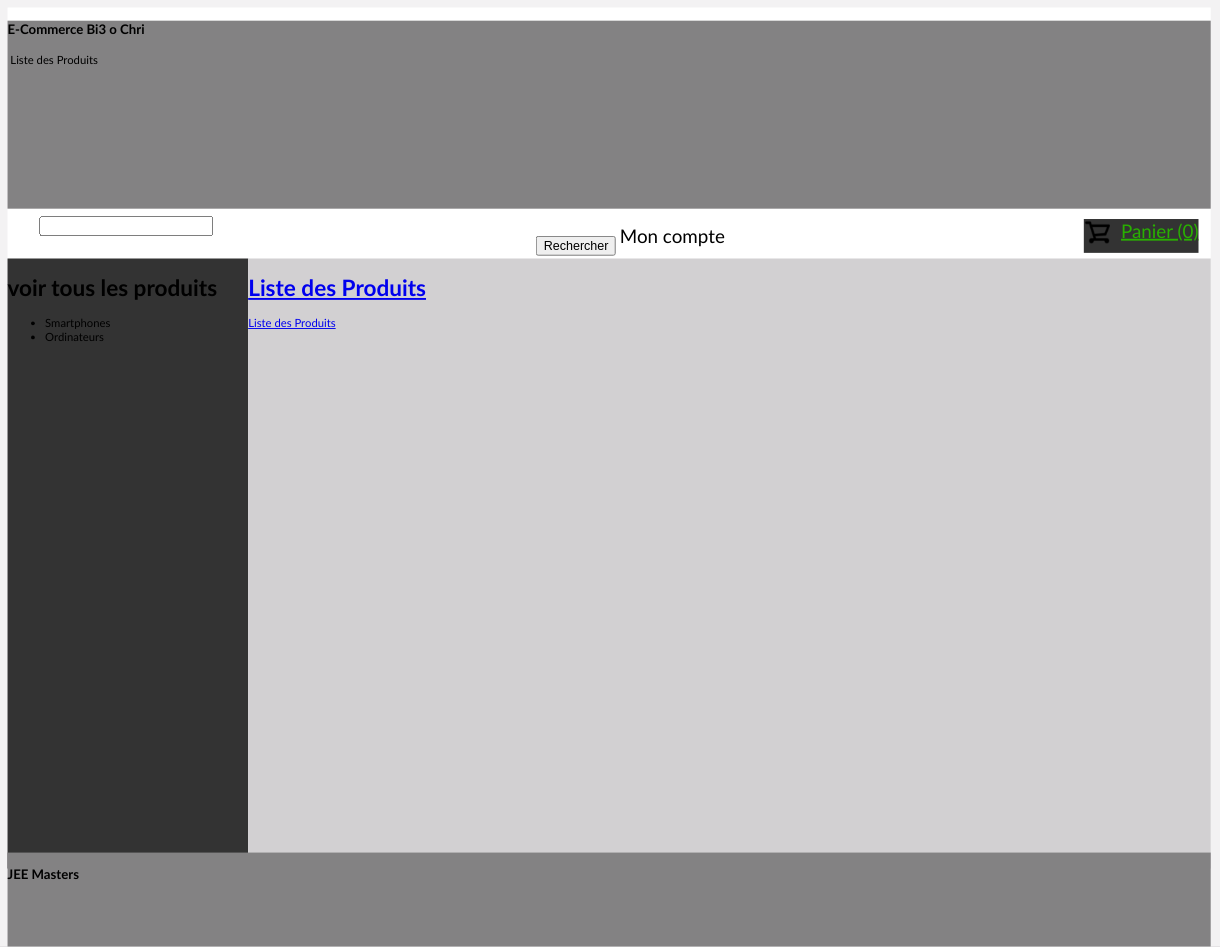
Repository: EBusinesss/Ebusiness
Page: http://localhost/EcomWEB/
The author's editor kept a copy of each file at every save. The page is drawn from the files as they stood at one save, then again after the next save.
The browser window is 1280 px wide. The page is 1298 px wide, so the pictures cover 1298 px, including what lies to the right of the window. The pictures show the whole page, at 94% of full size.
The page is served by Tomcat 9. Nobody is signed in. The application's start-up code is not run. Other server files are loaded and not shown.

Above is the page before, as saved 2014-12-25 15:13:36.

### Workspace/EcomWEB/WebContent/index.jsp
<%@ page language="java" contentType="text/html; charset=ISO-8859-1"
	pageEncoding="ISO-8859-1"%>


<!DOCTYPE html PUBLIC "-//W3C//DTD HTML 4.01 Transitional//EN" "http://www.w3.org/TR/html4/loose.dtd">
<html>
<head>
<script Src="./functions/functions.js" Language="javascript"
	type="text/javascript"></script>
<link rel="stylesheet" type="text/css" href="./style/style.css" />
<meta http-equiv="Content-Type" content="text/html; charset=ISO-8859-1">
<title>Insert title here</title>
</head>
<body>


	<div id="wrapper">

		<div id="header">
			<h3>E-Commerce Bi3 o Chri</h3>

			<table>
				<tr>
					<td><a onclick="listOfProducts()"> Liste des Produits </a></td>
				</tr>
			</table>

		</div>

		<div id="navigation">

			<table class="tableNavig">
				<tr>
					<td width="50%"><input type="text" id="nomProduitRecherche" height="10"
						width="25"
						onkeydown="if (event.keyCode==13) document.getElementById('btnSearch').click()">
						<div align="right">
							<button onclick="Rechercher()" type="button" id="btnSearch">Rechercher</button>
						</div></td>

					<td width="25%"><a>
						Mon compte
					</a> </td>

					<td  width="25%">
					<div class="Basket">
							<div class="icn-Basket"></div>
							<a href="" class="HeaderLink" target="_top">
									<span class="bigger">Panier (0)</span>
							</a>
					</div>
				</td>

			</tr>
			</table>


	</div>

	<div id="menuLateral">
	<h1> <a> voir tous les produits </a> </h1>

	<ul>
		<li> Smartphones</li>
		<li> Ordinateurs</li>
	</ul>
	</div>

	<div id="content">
	<h1>
				<a href="http://localhost:8080/EcomWEB/ListProductServlet">Liste des Produits </a><br>
			</h1>

	<a href="http://localhost:8080/EcomWEB/ListProductServlet">Liste des Produits </a>
	</div>

	<div id="footer">
		<h3>JEE Masters</h3>
	</div>

</div>
</body>
</html>

### Workspace/EcomWEB/WebContent/functions/functions.js
function listOfProducts()
{
var xmlhttp;
if (window.XMLHttpRequest)
  {// code for IE7+, Firefox, Chrome, Opera, Safari
  xmlhttp=new XMLHttpRequest();
  }
else
  {// code for IE6, IE5
  xmlhttp=new ActiveXObject("Microsoft.XMLHTTP");
  }
xmlhttp.onreadystatechange=function()
  {
  if (xmlhttp.readyState==4 && xmlhttp.status==200)
    {
    document.getElementById("content").innerHTML = xmlhttp.responseText;
    }
  };
xmlhttp.open("GET","ProductServlet",true);
xmlhttp.send();
}


function Rechercher()
{
var xmlhttp;
var val = document.getElementById('nomProduitRecherche').value;

if (window.XMLHttpRequest)
  {// code for IE7+, Firefox, Chrome, Opera, Safari
  xmlhttp=new XMLHttpRequest();
  }
else
  {// code for IE6, IE5
  xmlhttp=new ActiveXObject("Microsoft.XMLHTTP");
  }
xmlhttp.onreadystatechange=function()
  {
  if (xmlhttp.readyState==4 && xmlhttp.status==200)
    {
    document.getElementById("content").innerHTML = xmlhttp.responseText;
    }
  };
xmlhttp.open("GET","RechercherProductServlet?val="+val,true);
xmlhttp.send();
}

### Workspace/EcomWEB/WebContent/style/style.css
@CHARSET "ISO-8859-1";

body{
	background: #f3f2f3;
	color: #000000;
	font-family: Trebuchet MS, Arial, Times New Roman;
	font-size: 12px;
}


#wrapper {
	background: #FFFFFF;
	width: 100%;
	height: 999px;
	position: absolute;
}

#header{
	background: #838283;
	width: 100%;
	height: 20%;
}

#navigation{
	padding: 5px;
	width: 100%;
	height: 3%;
}

.tableNavig{
	width: 98%;
	font-size: 20px;
	padding-right: 15px;
	float: right;
}

.Basket {
	background: #333333;
	float: right;
}

.Basket>div {
	width:40px;
	height:36px;
	background: url(../images/basket.png);
    background-size: 30px 30px;
    background-repeat: no-repeat;
    float: left;
}

.Basket>a {
	color: #29b001;
}

#menuLateral{
	background: #333333;
	float: left;
	width: 20%;
	height: 65%;
}


#content {
	background: #d2d0d2;
	float: right;
	width: 80%;
	height: 65%;
}

#footer {
	background: #838283;
	width: 100%;
	height: 10%;
	position: absolute;
	bottom: 0px;
}

a{
	cursor: pointer;
}

After the next save:
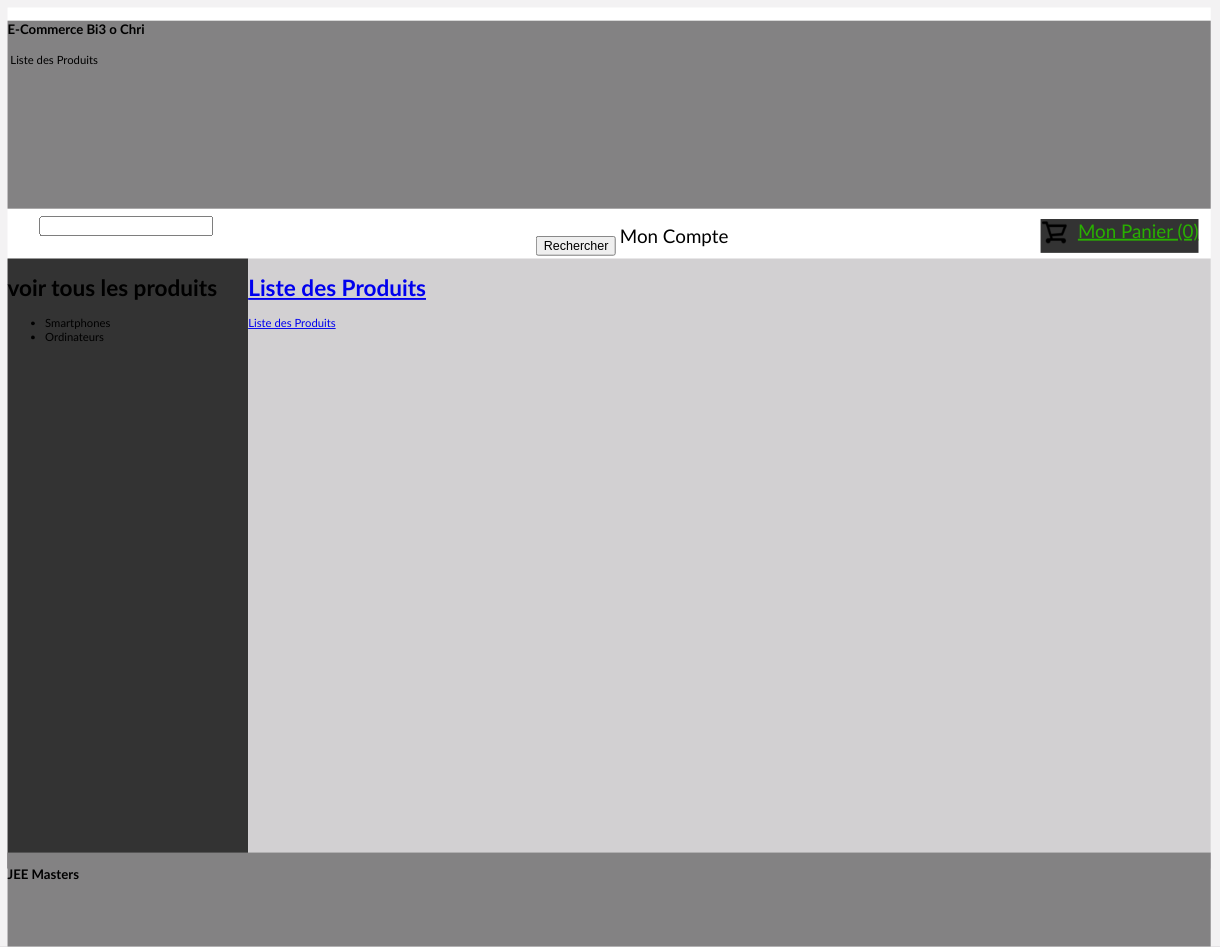
Saved 9 s later.
--- a/Workspace/EcomWEB/WebContent/index.jsp
+++ b/Workspace/EcomWEB/WebContent/index.jsp
@@ -39,14 +39,14 @@
 						</div></td>
 
 					<td width="25%"><a>
-						Mon compte
+						Mon Compte
 					</a> </td>
 
 					<td  width="25%">
 					<div class="Basket">
 							<div class="icn-Basket"></div>
 							<a href="" class="HeaderLink" target="_top">
-									<span class="bigger">Panier (0)</span>
+									<span class="bigger">Mon Panier (0)</span>
 							</a>
 					</div>
 				</td>
